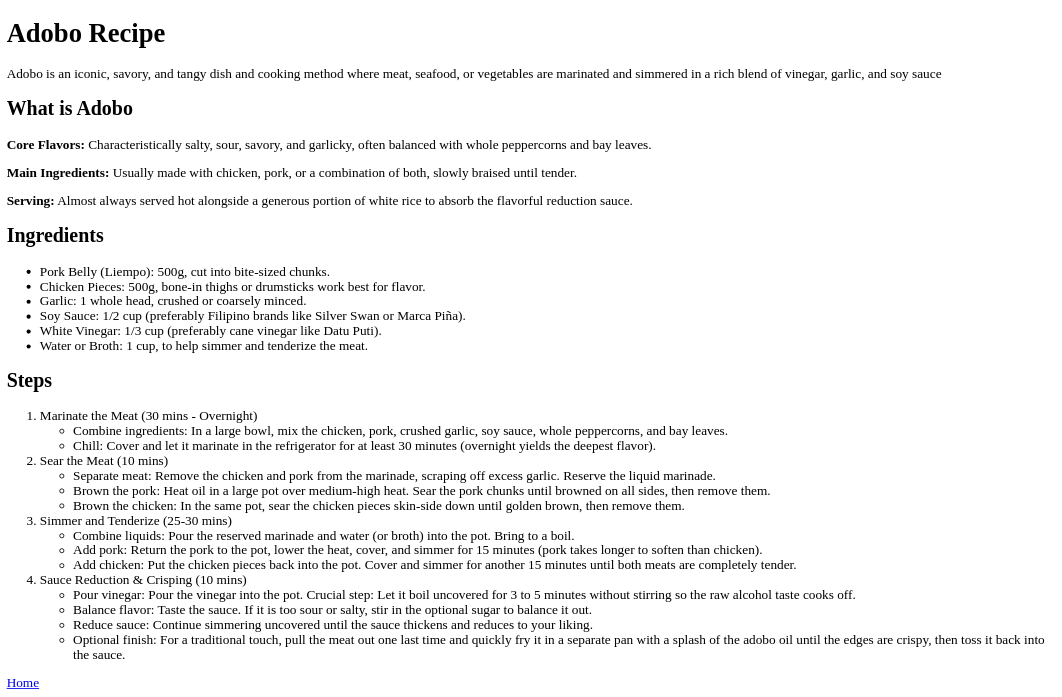
Repository: StevePrado/odin-recipes
Page: recipes/adobo.html
These files come from the project's save history. The page is drawn as it stood at one moment and after the next save; the edit follows.
The browser window is 1280 px wide. The pictures show the whole page, at 83% of full size.

Above is the page before, as saved 2026-09-19 09:25:20.

After the next save:
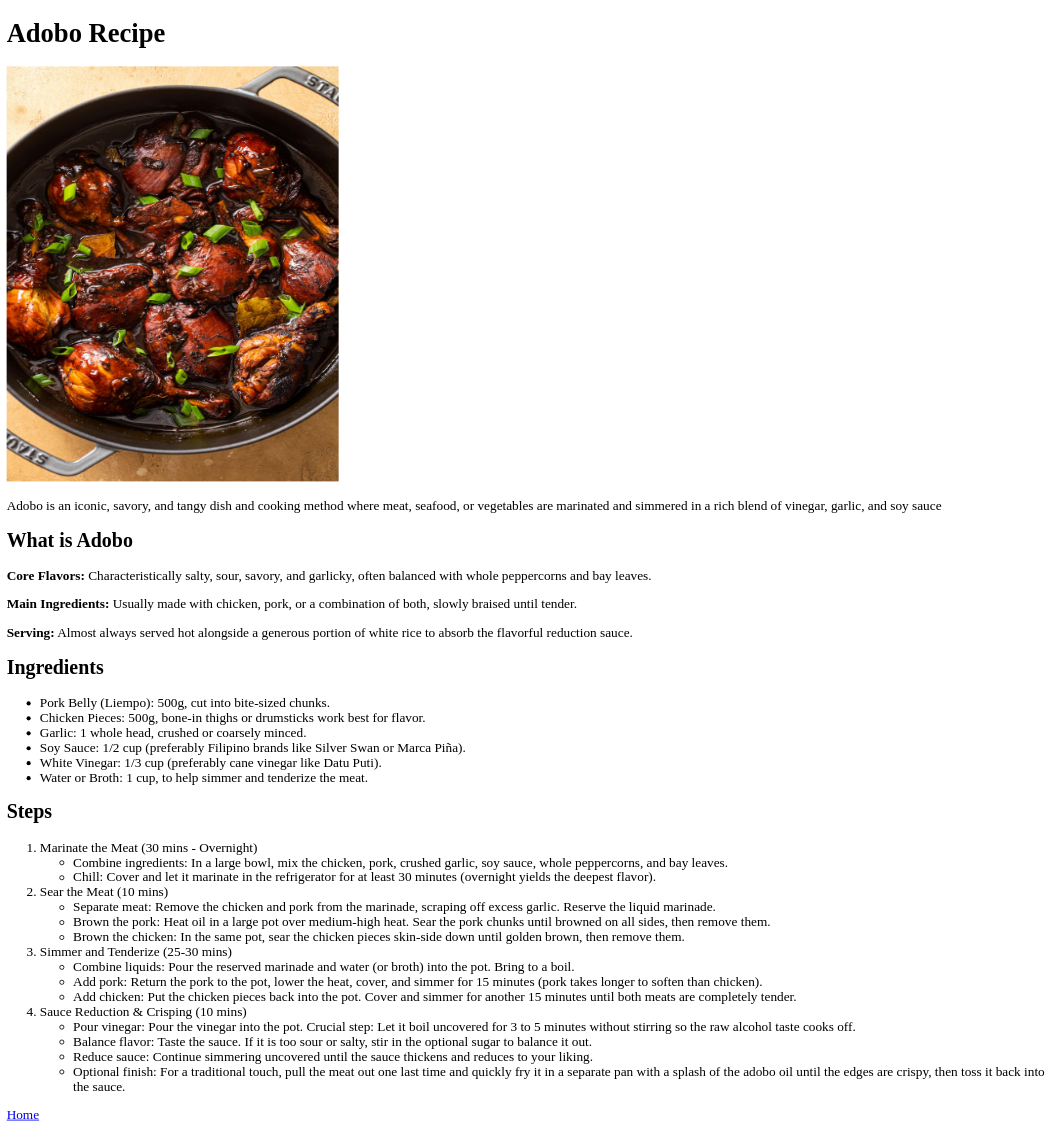
Saved 1 s later.
--- a/recipes/adobo.html
+++ b/recipes/adobo.html
@@ -7,6 +7,8 @@
 </head>
 <body>
   <h1>Adobo Recipe</h1>
+
+    <img src="assets/adobo.jpg" alt="Adobo Dish Picture" height="500" width="400">
 
     <p>Adobo is an iconic, savory, and tangy dish and cooking method where meat, seafood, or vegetables are marinated and simmered in a rich blend of vinegar, garlic, and soy sauce
   </p>
